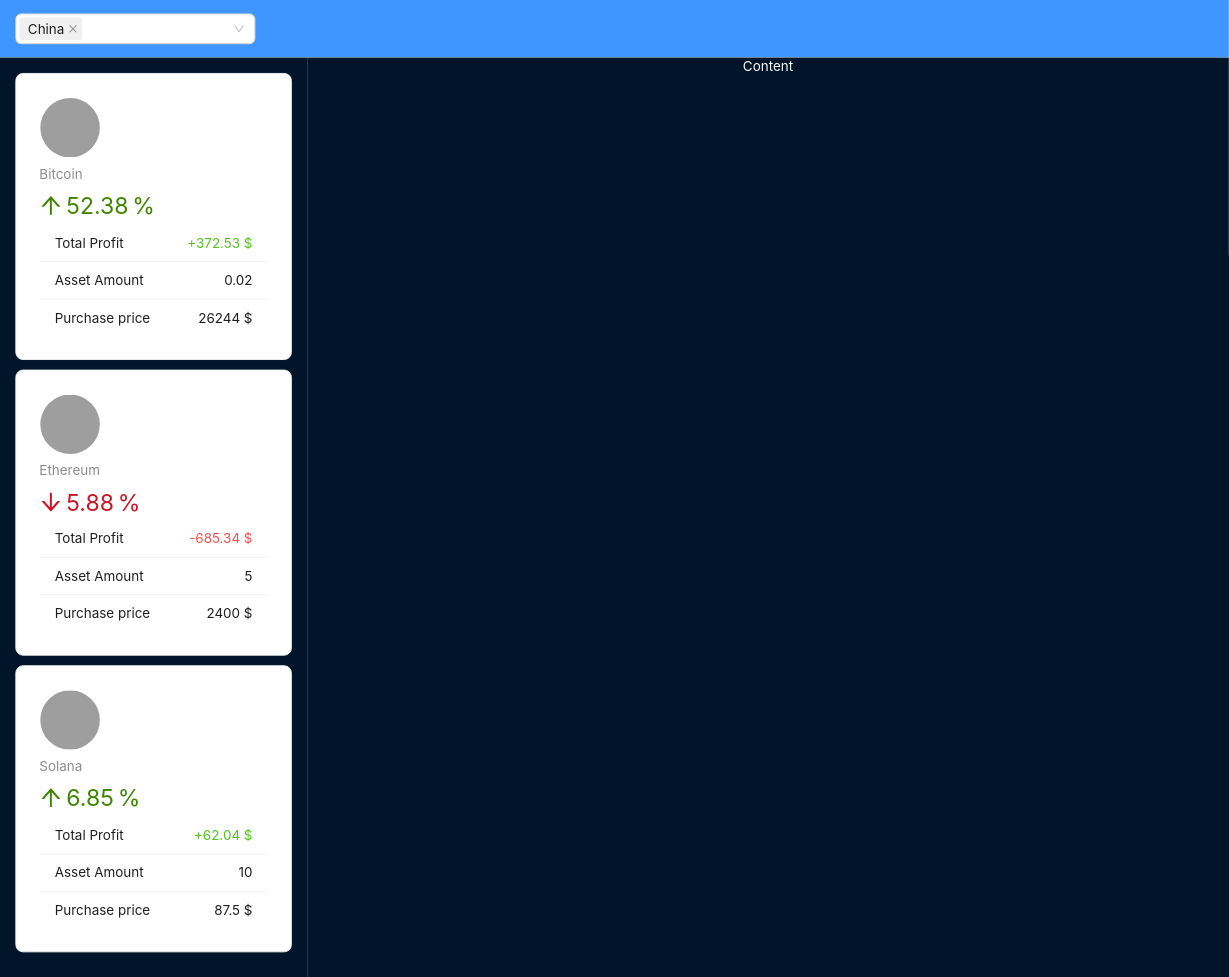
Repository: Vadia23/React-Crypto-App
Page: /
The author's editor kept a copy of each file at every save. The page is drawn from the files as they stood at one save, then again after the next save.
The browser window is 1280 px wide. The pictures show the whole page, at 96% of full size.
Pictures or frames that could not be fetched are drawn as grey boxes. The project was rebuilt for these pictures with package versions that can differ from the ones it lists, and the page was loaded fresh each time. Also part of the build but not shown: vite.config.js.

Above is the page before, as saved 2024-02-13 19:41:09.

### src/App.jsx
import { Layout } from "antd";
import AppHeader from "./components/layout/AppHeader";
import AppSider from "./components/layout/AppSider";
import AppContent from "./components/layout/AppConten";
import { CryptoContextProvider } from "./context/cryptoContext";
import AppLayout from "./components/layout/AppLayout";

export default function App() {
  return (
    <CryptoContextProvider>
      <AppLayout />
    </CryptoContextProvider>
  );
}

### src/components/layout/AppHeader.jsx
import { Layout, Select, Space } from "antd";

const headerStyle = {
  textAlign: "center",
  color: "#fff",
  height: 60,
  backgroundColor: "#4096ff",
  width: "100%",
  padding: "1rem",
  display: "flex",
  justifyContent: "space-between",
  alignItems: "center",
};

const options = [
  {
    label: "China",
    value: "china",
    emoji: "🇨🇳",
    desc: "China (中国)",
  },
  {
    label: "USA",
    value: "usa",
    emoji: "🇺🇸",
    desc: "USA (美国)",
  },
  {
    label: "Japan",
    value: "japan",
    emoji: "🇯🇵",
    desc: "Japan (日本)",
  },
  {
    label: "Korea",
    value: "korea",
    emoji: "🇰🇷",
    desc: "Korea (韩国)",
  },
];

export default function AppHeader() {
  return (
    <Layout.Header style={headerStyle}>
      <Select
        mode="multiple"
        style={{ width: 250 }}
        placeholder="select one country"
        defaultValue={["china"]}
        // onChange={handleChange}
        optionLabelProp="label"
        options={options}
        optionRender={(option) => (
          <Space>
            <span role="img" aria-label={option.data.label}>
              {option.data.emoji}
            </span>
            {option.data.desc}
          </Space>
        )}
      />
    </Layout.Header>
  );
}

### src/components/layout/AppSider.jsx
import { Avatar, Card, Layout, List, Statistic, Typography } from "antd";
import { ArrowDownOutlined, ArrowUpOutlined } from "@ant-design/icons";
import { useContext } from "react";
import { capitalize } from "../../utils";
import CryptoContext from "../../context/cryptoContext";

export default function AppSider() {
  const { assets } = useContext(CryptoContext);

  return (
    <Layout.Sider width="25%" style={{ padding: "1rem" }}>
      {assets.map((asset) => (
        <Card key={asset.id} style={{ marginBottom: "10px" }}>
          <Avatar size={64} src={asset.icon} style={{ marginBottom: "5px" }} />
          <Statistic
            title={capitalize(asset.id)}
            value={asset.growPercent}
            precision={2}
            valueStyle={{ color: asset.grow ? "#3f8600" : "#cf1322" }}
            prefix={asset.grow ? <ArrowUpOutlined /> : <ArrowDownOutlined />}
            suffix="%"
          />
          <List
            size="small"
            dataSource={[
              {
                title: "Total Profit",
                value: (
                  <Typography.Text type={asset.grow ? "success" : "danger"}>
                    {asset.grow
                      ? "+" + asset.totalProfit + " $"
                      : asset.totalProfit + " $"}
                  </Typography.Text>
                ),
              },
              { title: "Asset Amount", value: asset.amount },
              { title: "Purchase price", value: asset.price + " $" },
            ]}
            renderItem={(item) => (
              <List.Item>
                <span>{item.title}</span>
                {}
                <span>{item.value}</span>
              </List.Item>
            )}
          />
        </Card>
      ))}
    </Layout.Sider>
  );
}

### src/components/layout/AppConten.jsx
import { Layout } from "antd";

const contentStyle = {
  textAlign: "center",
  minHeight: "calc(100vh - 60px)",
  color: "#fff",
  backgroundColor: "#001529",
};

export default function AppContent() {
  return <Layout.Content style={contentStyle}>Content</Layout.Content>;
}

### src/context/cryptoContext.jsx
import { createContext, useEffect, useState } from "react";
import { fakeFetchCrypto, fetchAssets } from "../api";
import { percentDifference } from "../utils";

const CryptoContext = createContext({
  assets: [],
  crypto: [],
  isLoading: false,
});

export function CryptoContextProvider({ children }) {
  const [isLoading, setIsLoading] = useState(false);
  const [crypto, setCrypto] = useState([]);
  const [assets, setAssets] = useState([]);

  useEffect(() => {
    async function preload() {
      setIsLoading(true);
      const { result } = await fakeFetchCrypto();
      const assets = await fetchAssets();

      setCrypto(result);
      setAssets(
        assets.map((asset) => {
          const coin = result.find((c) => c.id === asset.id);

          return {
            grow: asset.price < coin.price, // boolean for color of statistic
            growPercent: percentDifference(asset.price, coin.price),
            totalAmount: asset.amount * coin.price,
            totalProfit: +(
              asset.amount * coin.price -
              asset.amount * asset.price
            ).toFixed(2),
            icon: coin.icon,
            ...asset,
          };
        })
      );
      setIsLoading(false);
    }
    preload();
  }, []);

  return (
    <CryptoContext.Provider value={{ isLoading, crypto, assets }}>
      {children}
    </CryptoContext.Provider>
  );
}

export default CryptoContext;

### src/components/layout/AppLayout.jsx
import { Layout, Spin } from "antd";
import AppHeader from "./AppHeader";
import AppSider from "./AppSider";
import AppContent from "./AppConten";
import { useContext } from "react";
import CryptoContext from "../../context/cryptoContext";

export default function AppLayout() {
  const { isLoading } = useContext(CryptoContext);

  if (isLoading) {
    return <Spin spinning={isLoading} fullscreen />;
  }

  return (
    <Layout>
      <AppHeader />
      <Layout>
        <AppSider />
        <AppContent />
      </Layout>
    </Layout>
  );
}

### src/utils.js
export function percentDifference(a, b) {
  return +(100 * Math.abs((a - b) / ((a + b) / 2))).toFixed(2);
}

export function capitalize(str) {
  return str.charAt(0).toUpperCase() + str.substr(1);
}

### src/api.js
import { cryptoAssets, cryptoData } from "./data";

export function fakeFetchCrypto() {
  return new Promise((resolve) => {
    setTimeout(() => {
      resolve(cryptoData);
    }, 1);
  });
}
export function fetchAssets() {
  return new Promise((resolve) => {
    setTimeout(() => {
      resolve(cryptoAssets);
    }, 1);
  });
}

Loaded but not shown: index.html (common file); src/main.jsx (common file); src/index.css (common file); src/data.js (631 lines, source omitted)

After the next save:
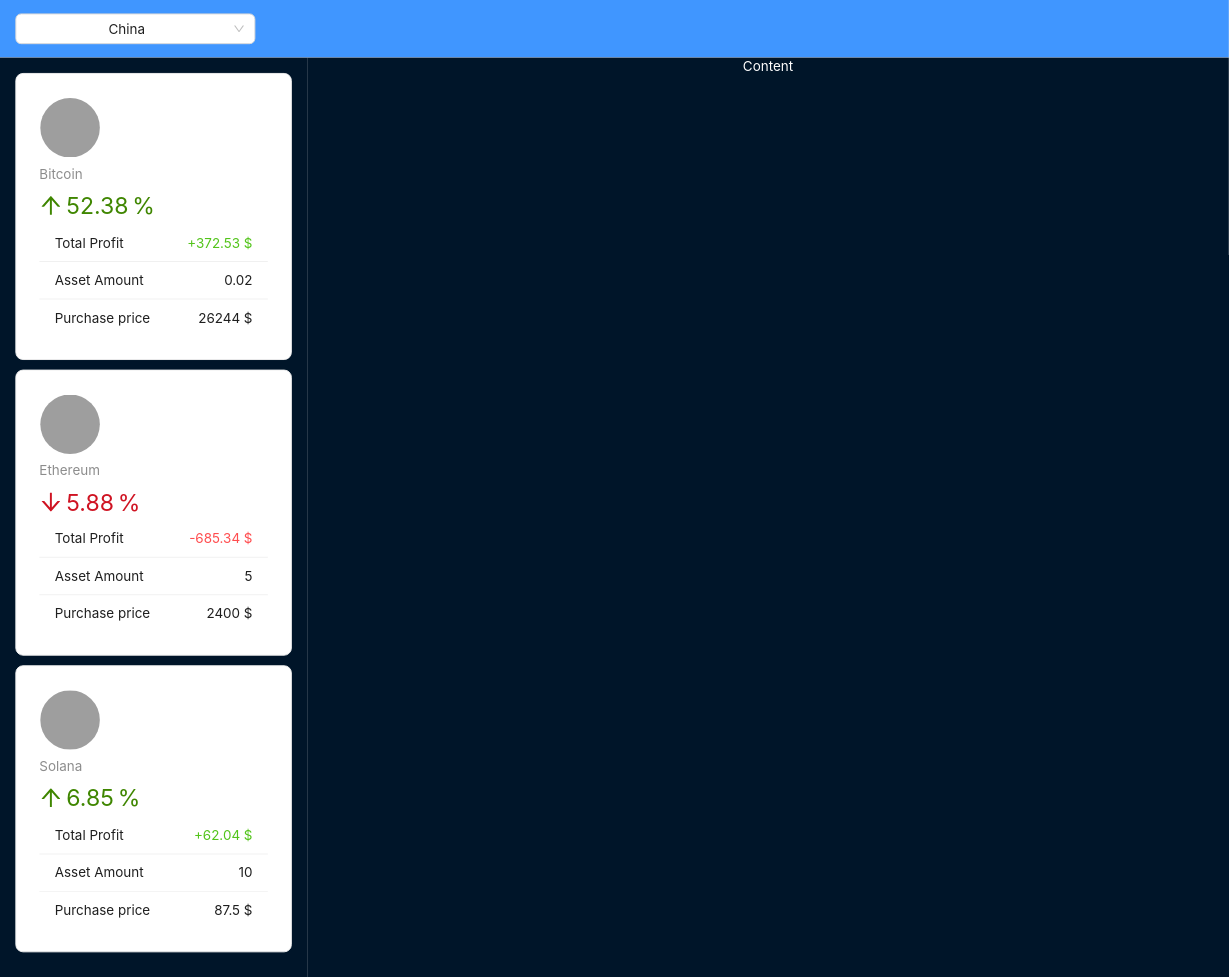
Saved 39 s later.
--- a/src/components/layout/AppHeader.jsx
+++ b/src/components/layout/AppHeader.jsx
@@ -43,7 +43,7 @@
   return (
     <Layout.Header style={headerStyle}>
       <Select
-        mode="multiple"
+        // mode="multiple"
         style={{ width: 250 }}
         placeholder="select one country"
         defaultValue={["china"]}
